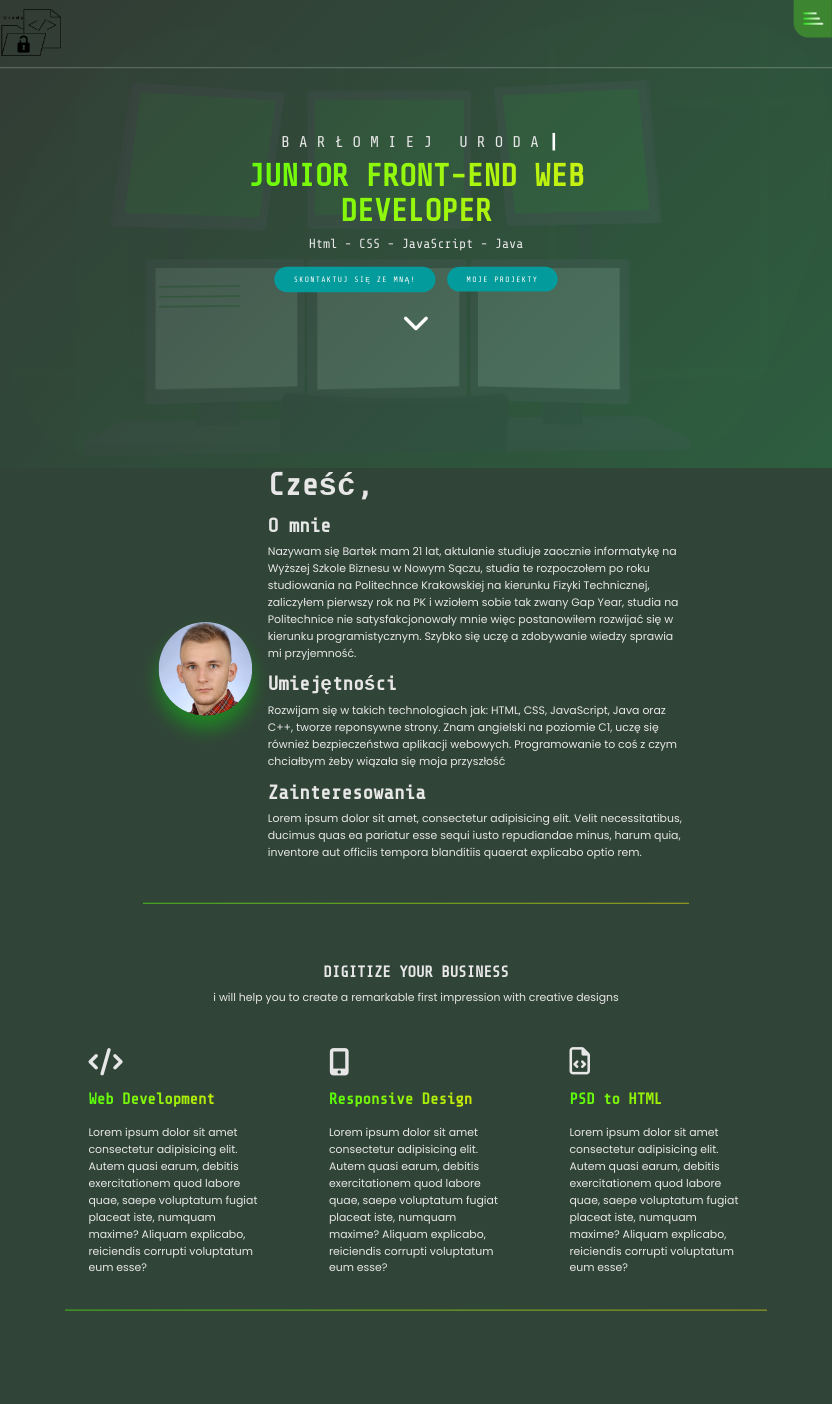
Repository: BartekUroda/portfolio
Page: index.html
An editor plug-in stored every save of this project. The page is shown before and after the next save, followed by the edit.
The browser window is 1280 px wide. The pictures show the whole page, at 65% of full size.
Some web libraries are served in a nearby version.

Above is the page before, as saved 2020-10-27 21:10:22.

After the next save:
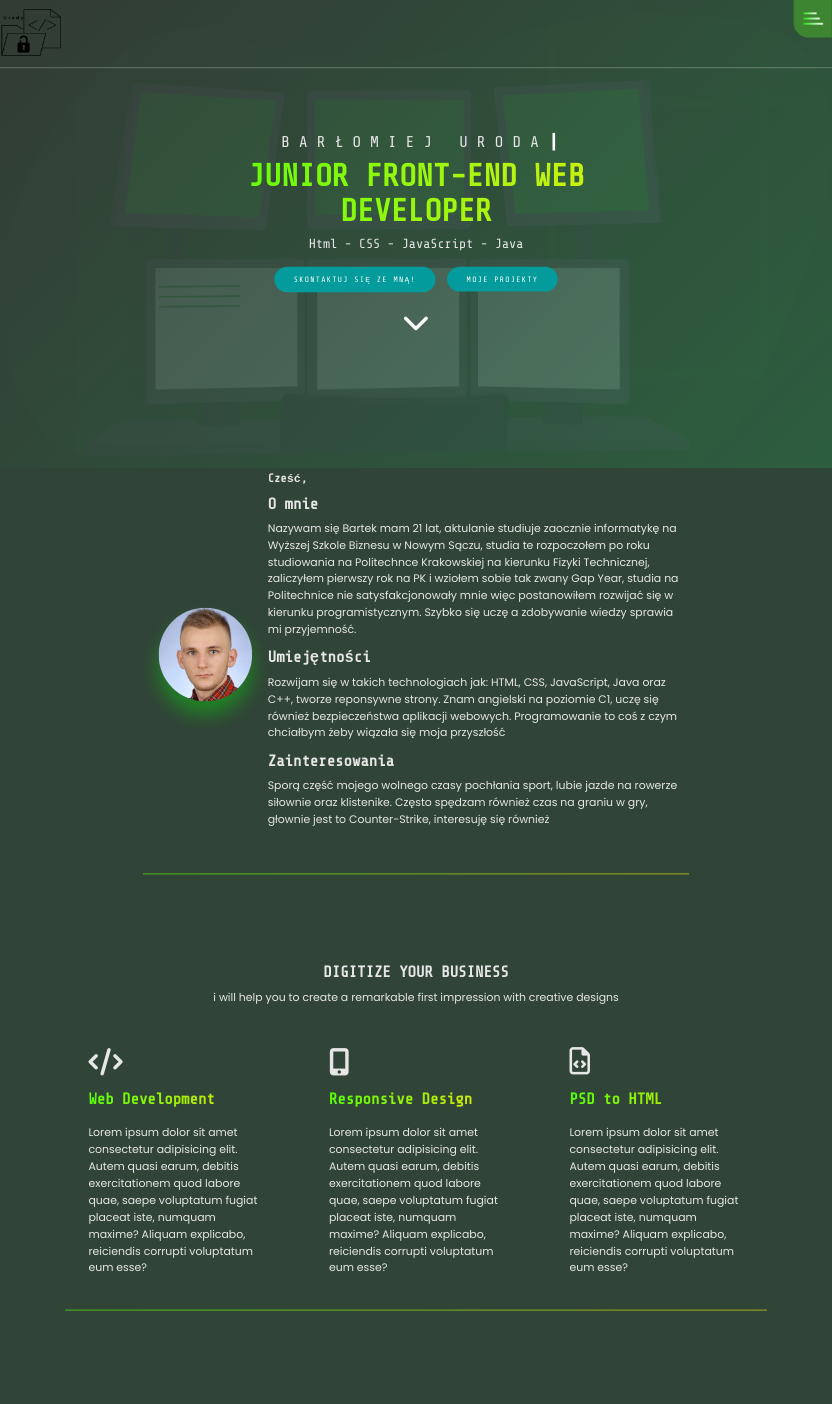
Saved 3 min 14 s later.
--- a/index.html
+++ b/index.html
@@ -112,10 +112,8 @@
             </p>
             <h3>Zainteresowania</h3>
             <p>
-              Lorem ipsum dolor sit amet, consectetur adipisicing elit. Velit
-              necessitatibus, ducimus quas ea pariatur esse sequi iusto
-              repudiandae minus, harum quia, inventore aut officiis tempora
-              blanditiis quaerat explicabo optio rem.
+              Sporą część mojego wolnego czasy pochłania sport, lubie jazde na rowerze siłownie oraz klistenike.
+              Często spędzam również czas na graniu w gry, głownie jest to Counter-Strike, interesuję się również
             </p>
           </div>
         </div>
--- a/css/style.css
+++ b/css/style.css
@@ -288,11 +288,11 @@ nav {
     flex-basis: 0;
 }
 .about-text-box h2 {
-    font-size: 4rem;
+    font-size: rem;
     margin-bottom: 15px;
 }
 .about-text-box h3 {
-    font-size: 2.5rem;
+    font-size: 2rem;
     margin-bottom: 10px;
 }
 .about-text-box p {
